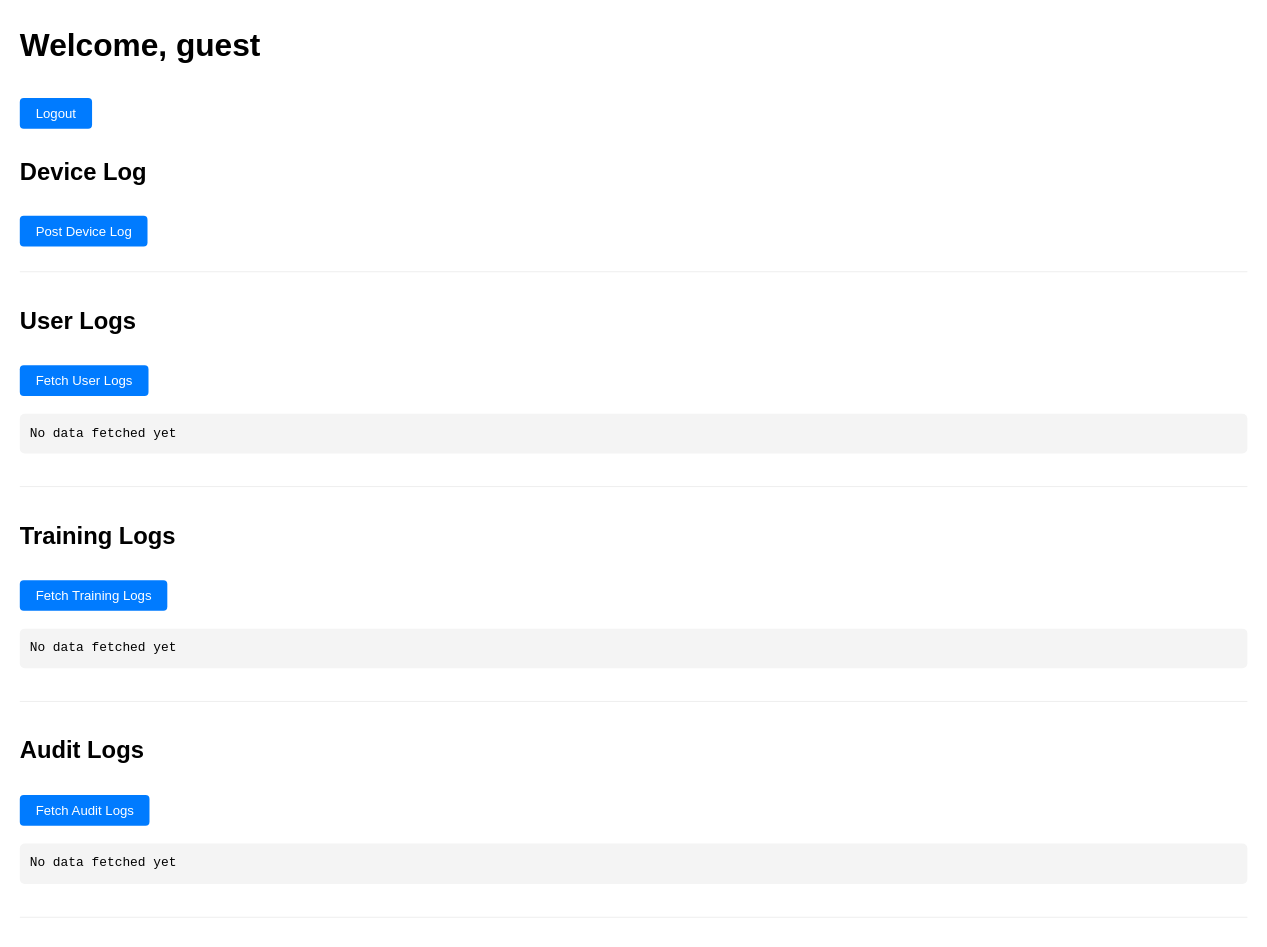
Repository: im-ysh/VPN_office_dashboard
Page: vpn-backend/src/main/webapp/dashboard.html
An editor plug-in stored every save of this project. The page is shown before and after the next save, followed by the edit.
The browser window is 1280 px wide. The pictures show the whole page, at 99% of full size.
The page's requests for data from a server got no answer.

Above is the page before, as saved 2025-07-14 18:04:44.

### vpn-backend/src/main/webapp/dashboard.html
<!DOCTYPE html>
<html lang="en">
<head>
    <meta charset="UTF-8">
    <title>VPN Dashboard - Dashboard</title>
    <style>
        body {
            font-family: Arial, sans-serif;
            margin: 20px;
            line-height: 1.6;
        }
        pre {
            background: #f4f4f4;
            padding: 10px;
            border-radius: 5px;
            max-height: 300px;
            overflow-y: auto;
        }
        button {
            padding: 8px 16px;
            margin: 5px 0;
            background: #007bff;
            color: white;
            border: none;
            border-radius: 4px;
            cursor: pointer;
        }
        button:hover {
            background: #0056b3;
        }
        .log-section {
            margin-bottom: 30px;
            border-bottom: 1px solid #eee;
            padding-bottom: 20px;
        }
    </style>
</head>
<body>
    <h1>Welcome, <span id="user"></span></h1>
    <button id="logoutBtn">Logout</button>

    <div class="log-section">
        <h2>Device Log</h2>
        <button id="postDeviceLogBtn">Post Device Log</button>
    </div>

    <div class="log-section">
        <h2>User Logs</h2>
        <button id="fetchUserBtn">Fetch User Logs</button>
        <pre id="userLogs">No data fetched yet</pre>
    </div>

    <div class="log-section">
        <h2>Training Logs</h2>
        <button id="fetchTrainingBtn">Fetch Training Logs</button>
        <pre id="trainingLogs">No data fetched yet</pre>
    </div>

    <div class="log-section">
        <h2>Audit Logs</h2>
        <button id="fetchAuditBtn">Fetch Audit Logs</button>
        <pre id="auditLogs">No data fetched yet</pre>
    </div>

    <script>
        const baseURL = "http://100.90.249.20:8080/vpn-backend";
        const username = localStorage.getItem("username") || "guest";

        // Set username display
        document.getElementById("user").textContent = username;

        // Configure fetch defaults
        const fetchConfig = {
            mode: 'cors',
            headers: {
                'Content-Type': 'application/x-www-form-urlencoded',
            }
        };

        // Improved fetch with error handling
        async function safeFetch(url, options = {}) {
            try {
                const response = await fetch(url, {...fetchConfig, ...options});
                if (!response.ok) {
                    throw new Error(`HTTP error! status: ${response.status}`);
                }
                return await response.json();
            } catch (error) {
                console.error('Fetch error:', error);
                return { status: 'error', message: error.message };
            }
        }

        // Fetch functions
        async function fetchUserLogs() {
            const data = await safeFetch(
                `${baseURL}/fetch-user-logs?username=${encodeURIComponent(username)}`
            );
            document.getElementById("userLogs").textContent = JSON.stringify(data, null, 2);
        }

        async function fetchTrainingLogs() {
            const data = await safeFetch(
                `${baseURL}/fetch-training-logs?username=${encodeURIComponent(username)}`
            );
            document.getElementById("trainingLogs").textContent = JSON.stringify(data, null, 2);
        }

        async function fetchAuditLogs() {
            const data = await safeFetch(`${baseURL}/fetch-audit-logs`);
            document.getElementById("auditLogs").textContent = JSON.stringify(data, null, 2);
        }

        async function postDeviceLog() {
            const log = prompt("Enter log data:");
            if (!log) return;

            const data = await safeFetch(`${baseURL}/logs`, {
                method: 'POST',
                body: `username=${encodeURIComponent(username)}&log_data=${encodeURIComponent(log)}`
            });

            alert(data.message || "Log posted successfully");
        }

        function logout() {
            localStorage.clear();
            window.location.href = "login.html";
        }

        // Event listeners (modern approach)
        document.addEventListener('DOMContentLoaded', () => {
            document.getElementById("fetchUserBtn").addEventListener("click", fetchUserLogs);
            document.getElementById("fetchTrainingBtn").addEventListener("click", fetchTrainingLogs);
            document.getElementById("fetchAuditBtn").addEventListener("click", fetchAuditLogs);
            document.getElementById("postDeviceLogBtn").addEventListener("click", postDeviceLog);
            document.getElementById("logoutBtn").addEventListener("click", logout);
        });
    </script>
</body>
</html>

After the next save:
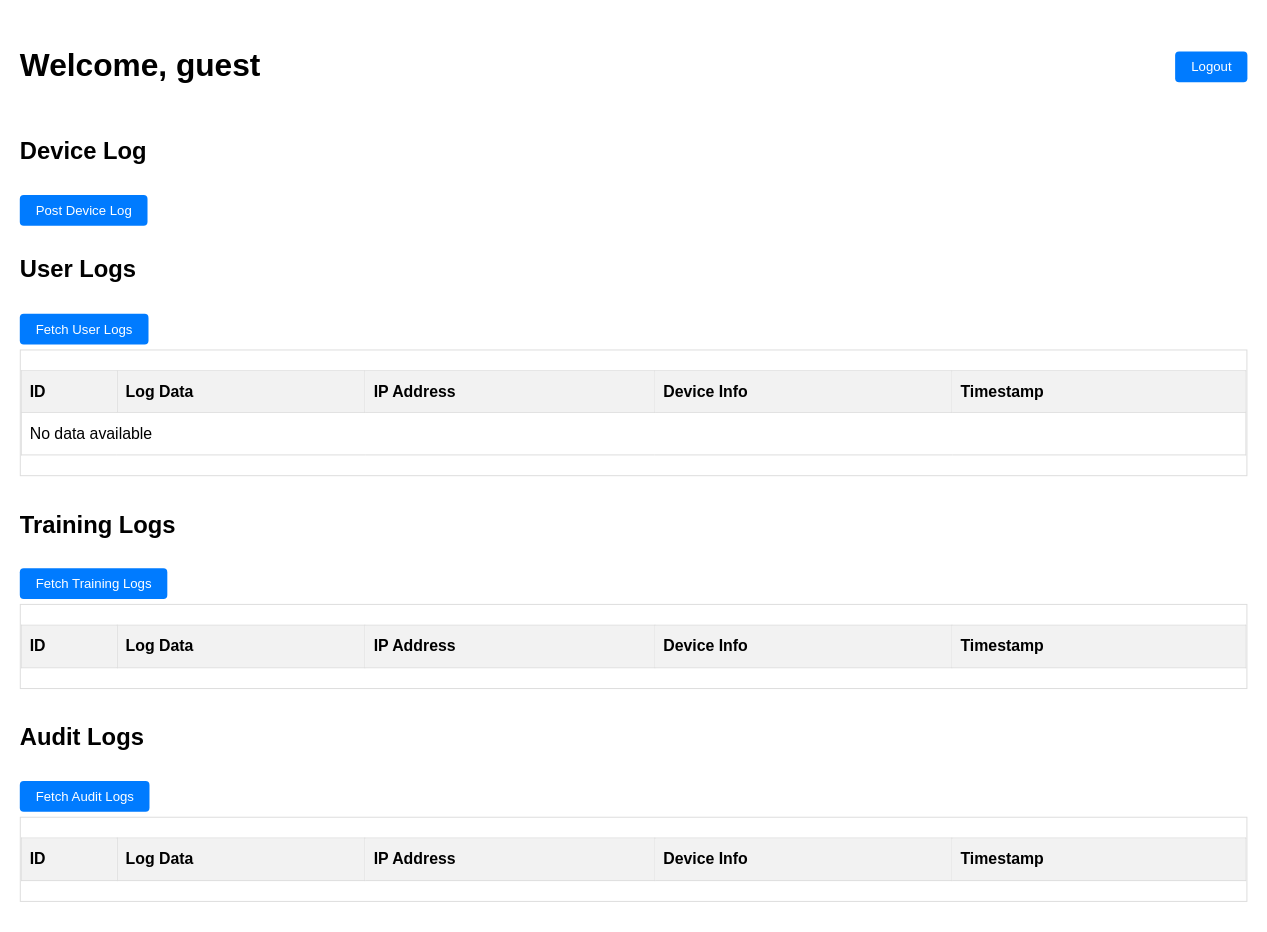
Saved 4 min 36 s later.
--- a/vpn-backend/src/main/webapp/dashboard.html
+++ b/vpn-backend/src/main/webapp/dashboard.html
@@ -2,19 +2,36 @@
 <html lang="en">
 <head>
     <meta charset="UTF-8">
-    <title>VPN Dashboard - Dashboard</title>
+    <title>VPN Dashboard</title>
     <style>
         body {
             font-family: Arial, sans-serif;
             margin: 20px;
             line-height: 1.6;
         }
-        pre {
-            background: #f4f4f4;
-            padding: 10px;
-            border-radius: 5px;
-            max-height: 300px;
+        table {
+            width: 100%;
+            border-collapse: collapse;
+            margin: 20px 0;
+        }
+        th, td {
+            border: 1px solid #ddd;
+            padding: 8px;
+            text-align: left;
+        }
+        th {
+            background-color: #f2f2f2;
+            position: sticky;
+            top: 0;
+        }
+        tr:nth-child(even) {
+            background-color: #f9f9f9;
+        }
+        .log-container {
+            max-height: 400px;
             overflow-y: auto;
+            margin-bottom: 30px;
+            border: 1px solid #ddd;
         }
         button {
             padding: 8px 16px;
@@ -28,38 +45,80 @@
         button:hover {
             background: #0056b3;
         }
-        .log-section {
-            margin-bottom: 30px;
-            border-bottom: 1px solid #eee;
-            padding-bottom: 20px;
+        .header {
+            display: flex;
+            justify-content: space-between;
+            align-items: center;
+            margin-bottom: 20px;
         }
     </style>
 </head>
 <body>
-    <h1>Welcome, <span id="user"></span></h1>
-    <button id="logoutBtn">Logout</button>
-
-    <div class="log-section">
+    <div class="header">
+        <h1>Welcome, <span id="user"></span></h1>
+        <button id="logoutBtn">Logout</button>
+    </div>
+
+    <div>
         <h2>Device Log</h2>
         <button id="postDeviceLogBtn">Post Device Log</button>
     </div>
 
-    <div class="log-section">
+    <div>
         <h2>User Logs</h2>
         <button id="fetchUserBtn">Fetch User Logs</button>
-        <pre id="userLogs">No data fetched yet</pre>
-    </div>
-
-    <div class="log-section">
+        <div class="log-container">
+            <table id="userLogsTable">
+                <thead>
+                    <tr>
+                        <th>ID</th>
+                        <th>Log Data</th>
+                        <th>IP Address</th>
+                        <th>Device Info</th>
+                        <th>Timestamp</th>
+                    </tr>
+                </thead>
+                <tbody></tbody>
+            </table>
+        </div>
+    </div>
+
+    <div>
         <h2>Training Logs</h2>
         <button id="fetchTrainingBtn">Fetch Training Logs</button>
-        <pre id="trainingLogs">No data fetched yet</pre>
-    </div>
-
-    <div class="log-section">
+        <div class="log-container">
+            <table id="trainingLogsTable">
+                <thead>
+                    <tr>
+                        <th>ID</th>
+                        <th>Log Data</th>
+                        <th>IP Address</th>
+                        <th>Device Info</th>
+                        <th>Timestamp</th>
+                    </tr>
+                </thead>
+                <tbody></tbody>
+            </table>
+        </div>
+    </div>
+
+    <div>
         <h2>Audit Logs</h2>
         <button id="fetchAuditBtn">Fetch Audit Logs</button>
-        <pre id="auditLogs">No data fetched yet</pre>
+        <div class="log-container">
+            <table id="auditLogsTable">
+                <thead>
+                    <tr>
+                        <th>ID</th>
+                        <th>Log Data</th>
+                        <th>IP Address</th>
+                        <th>Device Info</th>
+                        <th>Timestamp</th>
+                    </tr>
+                </thead>
+                <tbody></tbody>
+            </table>
+        </div>
     </div>
 
     <script>
@@ -76,6 +135,29 @@
                 'Content-Type': 'application/x-www-form-urlencoded',
             }
         };
+
+        // Function to populate table
+        function populateTable(tableId, data) {
+            const tableBody = document.querySelector(`#${tableId} tbody`);
+            tableBody.innerHTML = ''; // Clear existing rows
+
+            if (!Array.isArray(data)) {
+                tableBody.innerHTML = `<tr><td colspan="5">No data available</td></tr>`;
+                return;
+            }
+
+            data.forEach(log => {
+                const row = document.createElement('tr');
+                row.innerHTML = `
+                    <td>${log.id || '-'}</td>
+                    <td>${log.log_data || '-'}</td>
+                    <td>${log.ip_address || '-'}</td>
+                    <td>${log.device_info ? log.device_info.substring(0, 30) + '...' : '-'}</td>
+                    <td>${log.timestamp || '-'}</td>
+                `;
+                tableBody.appendChild(row);
+            });
+        }
 
         // Improved fetch with error handling
         async function safeFetch(url, options = {}) {
@@ -96,19 +178,19 @@
             const data = await safeFetch(
                 `${baseURL}/fetch-user-logs?username=${encodeURIComponent(username)}`
             );
-            document.getElementById("userLogs").textContent = JSON.stringify(data, null, 2);
+            populateTable('userLogsTable', data);
         }
 
         async function fetchTrainingLogs() {
             const data = await safeFetch(
                 `${baseURL}/fetch-training-logs?username=${encodeURIComponent(username)}`
             );
-            document.getElementById("trainingLogs").textContent = JSON.stringify(data, null, 2);
+            populateTable('trainingLogsTable', data);
         }
 
         async function fetchAuditLogs() {
             const data = await safeFetch(`${baseURL}/fetch-audit-logs`);
-            document.getElementById("auditLogs").textContent = JSON.stringify(data, null, 2);
+            populateTable('auditLogsTable', data);
         }
 
         async function postDeviceLog() {
@@ -121,6 +203,7 @@
             });
 
             alert(data.message || "Log posted successfully");
+            fetchUserLogs(); // Refresh logs after posting
         }
 
         function logout() {
@@ -128,13 +211,16 @@
             window.location.href = "login.html";
         }
 
-        // Event listeners (modern approach)
+        // Event listeners
         document.addEventListener('DOMContentLoaded', () => {
             document.getElementById("fetchUserBtn").addEventListener("click", fetchUserLogs);
             document.getElementById("fetchTrainingBtn").addEventListener("click", fetchTrainingLogs);
             document.getElementById("fetchAuditBtn").addEventListener("click", fetchAuditLogs);
             document.getElementById("postDeviceLogBtn").addEventListener("click", postDeviceLog);
             document.getElementById("logoutBtn").addEventListener("click", logout);
+
+            // Load initial data
+            fetchUserLogs();
         });
     </script>
 </body>
